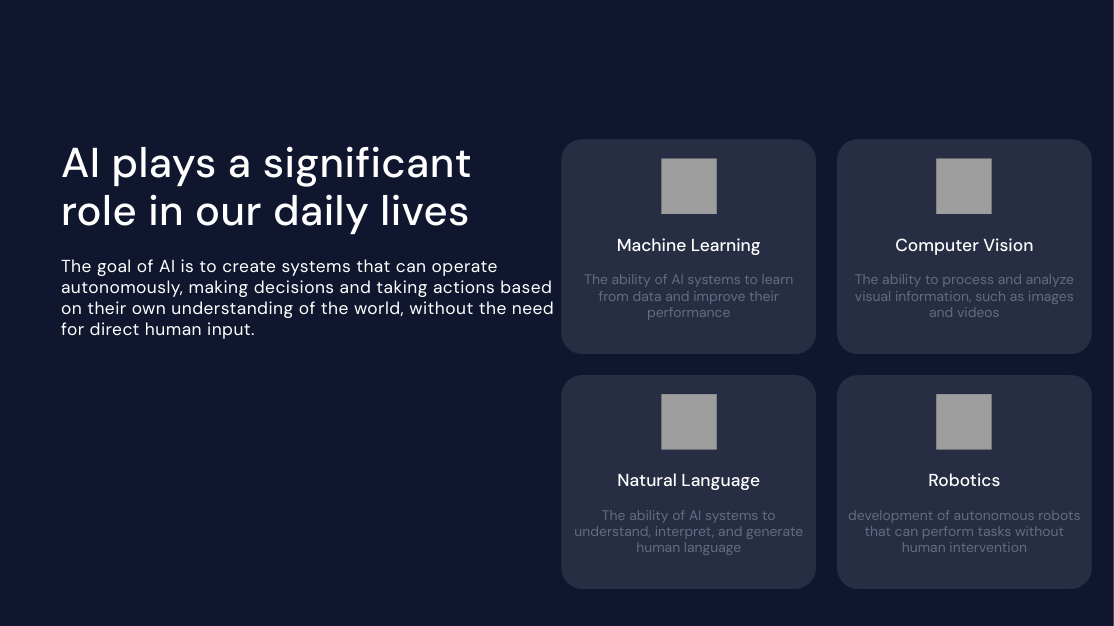
Repository: guli95/four-areas-of-AI-INVO-ACAdemy
Page: /
The author's editor kept a copy of each file at every save. The page is drawn from the files as they stood at one save, then again after the next save.
The browser window is 1280 px wide. The pictures show the whole page, at 87% of full size.
Pictures or frames that could not be fetched are drawn as grey boxes. The project was rebuilt for these pictures with package versions that can differ from the ones it lists, and the page was loaded fresh each time.

Above is the page before, as saved 2023-03-13 15:14:56.

After the next save:
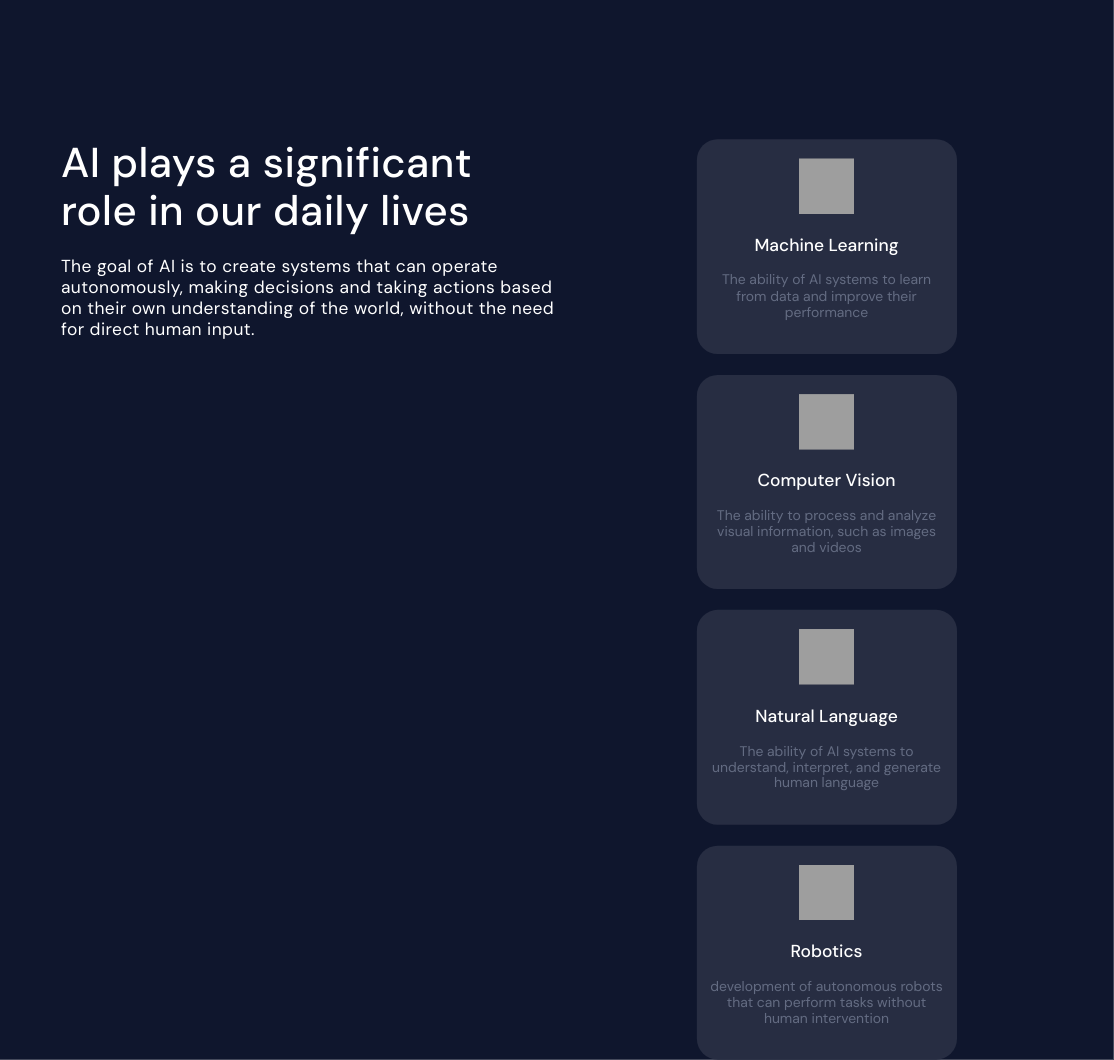
Saved 4 s later.
--- a/src/pages/home-page/styles/home-page.scss
+++ b/src/pages/home-page/styles/home-page.scss
@@ -71,7 +71,7 @@
             flex-direction: column;
             justify-content: space-around;
             align-items: center;
-            width: 44%;
+            width: 45%;
             padding: 22px 10px;
             background-color:var(--color-secondary-grey);
             text-align: center;

After the save that followed:
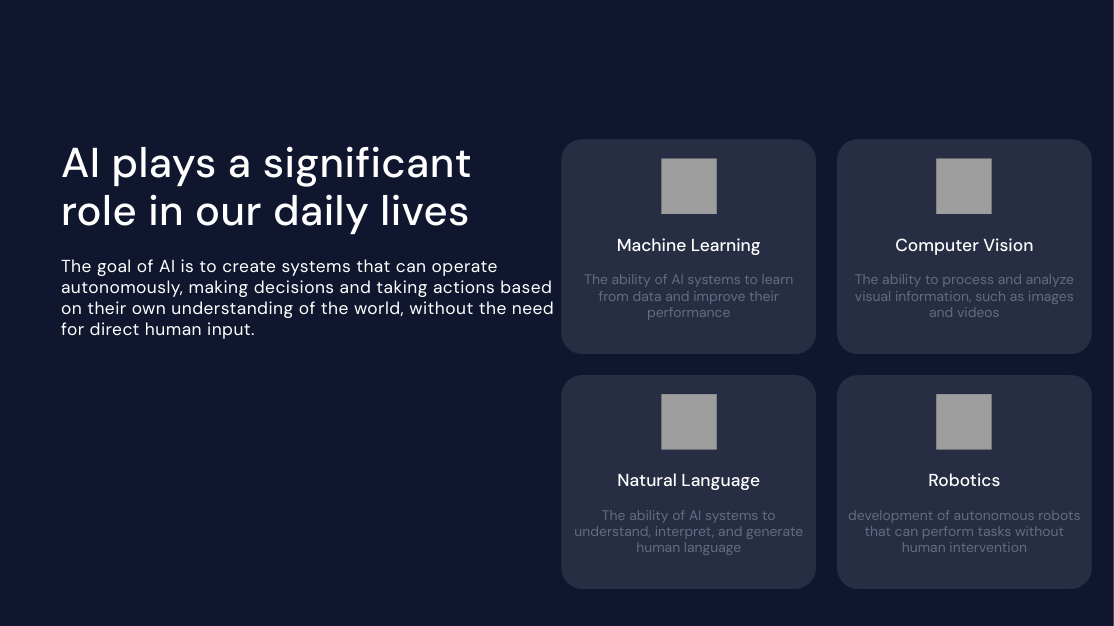
Saved 4 s later.
--- a/src/pages/home-page/styles/home-page.scss
+++ b/src/pages/home-page/styles/home-page.scss
@@ -71,7 +71,7 @@
             flex-direction: column;
             justify-content: space-around;
             align-items: center;
-            width: 45%;
+            width: 44%;
             padding: 22px 10px;
             background-color:var(--color-secondary-grey);
             text-align: center;
